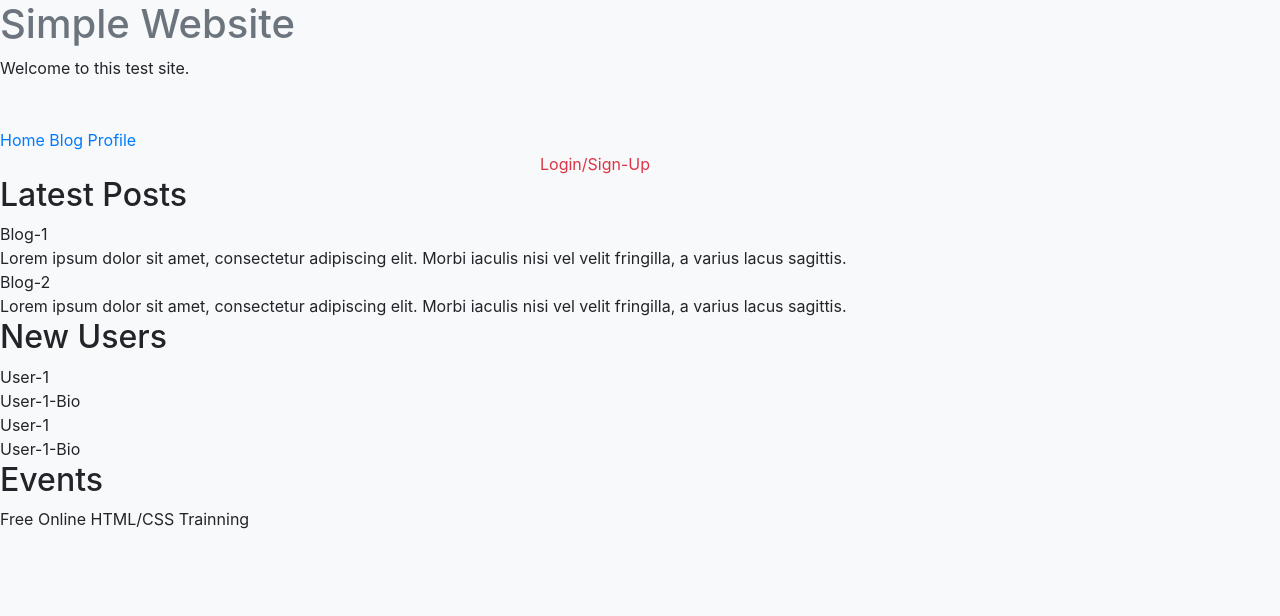
Repository: AbeTavarez/aws_sample_apps
Page: basic_website/index.html
The author's editor kept a record of every edit. The page is drawn from the files as they stood at one moment, then again after the next edit.
The browser window is 1280 px wide. The pictures show the whole page.

Above is the page before.

After the next edit:
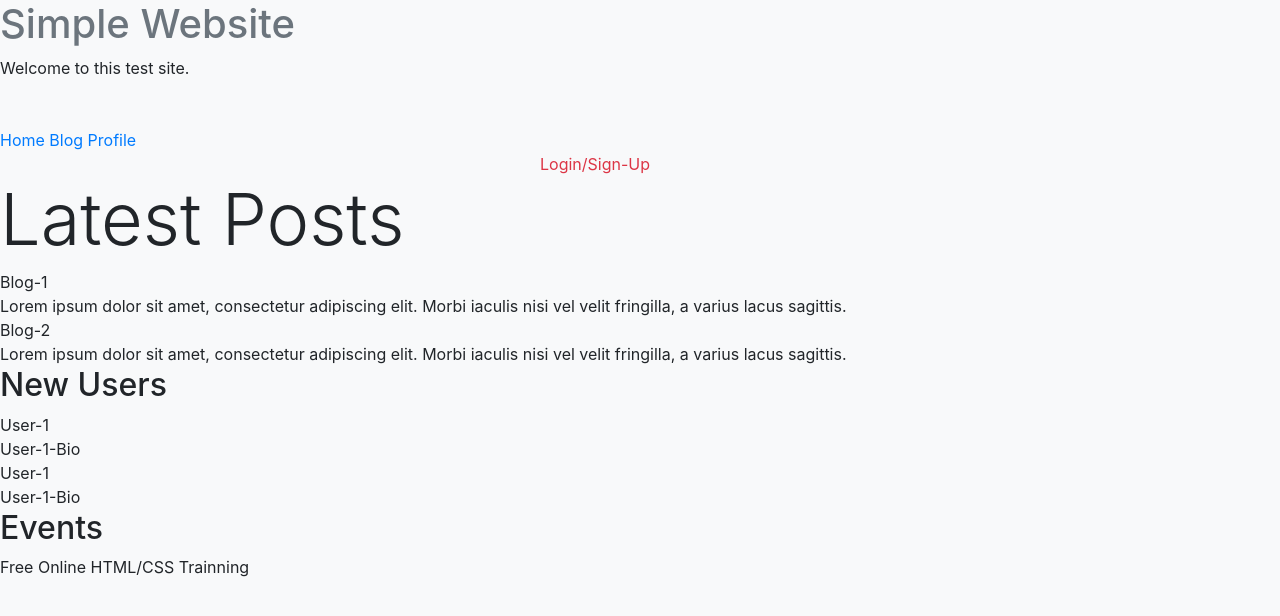
The edit:
--- a/basic_website/index.html
+++ b/basic_website/index.html
@@ -28,7 +28,7 @@
         <main>
             <!--Latest posts section-->
             <section class="latest-posts">
-                <h2>Latest Posts</h2>
+                <h2 class="display-3">Latest Posts</h2>
 
                 <div class="last-two-posts">
 
